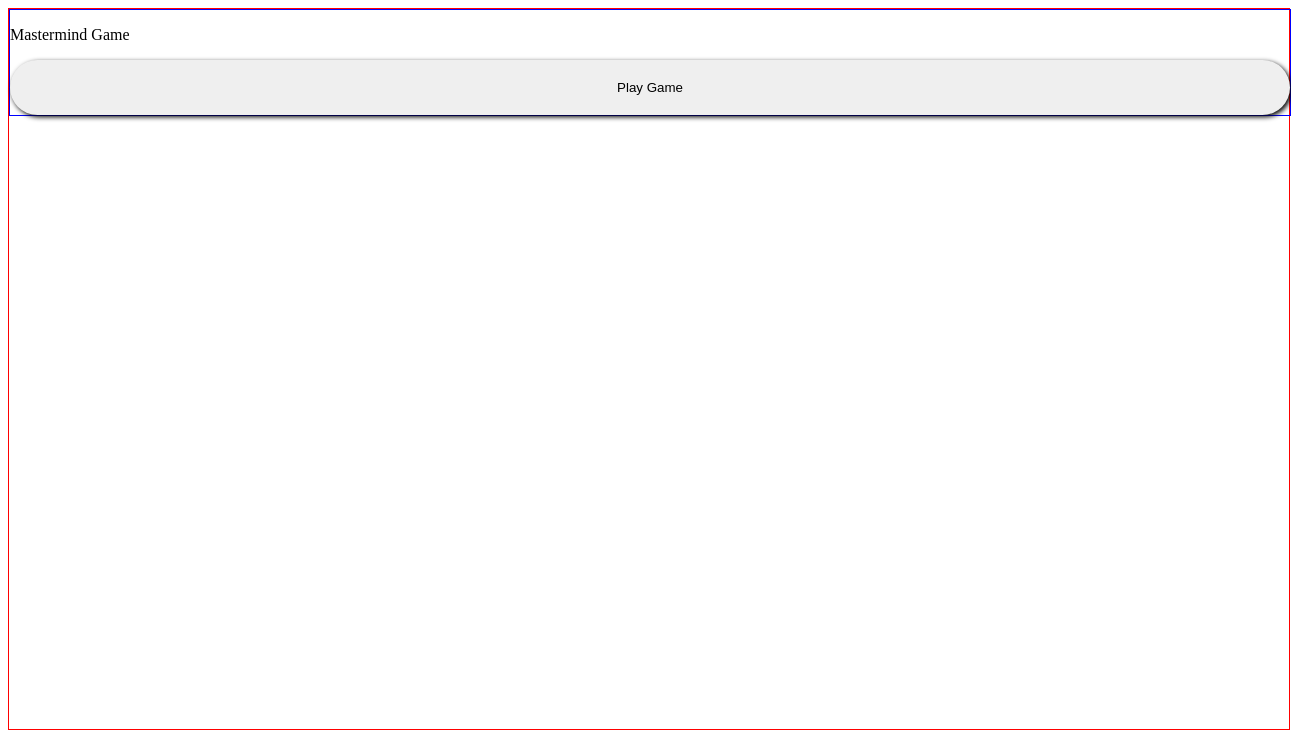
Repository: programmer686/Mastermind-with-Next.js
Page: /
The author's editor kept a copy of each file at every save. The page is drawn from the files as they stood at one save, then again after the next save.
The browser window is 1280 px wide. The page is 1291 px wide, so the pictures cover 1291 px, including what lies to the right of the window. The pictures show the whole page.
The project was rebuilt for these pictures with package versions that can differ from the ones it lists, and the page was loaded fresh each time. The framework's server and built-in components were replaced by stand-ins that run in the browser. Also part of the build but not shown: next.config.js, src/styles/globals.css.

Above is the page before, as saved 2023-07-15 18:46:48.

### src/pages/index.js
import Head from 'next/head'
import Image from 'next/image'
import { Inter } from 'next/font/google'
import styles from '@/styles/Home.module.css'
import StartScreen from '@/comps/StartScreen'
const inter = Inter({ subsets: ['latin'] })

export default function Home() {
  return (
    <>
      <Head>
        <title>Create Next App</title>
        <meta name="description" content="Generated by create next app" />
        <meta name="viewport" content="width=device-width, initial-scale=1" />
        <link rel="icon" href="/favicon.ico" />
      </Head>
     <main className={styles.index__body}>
        <StartScreen/>
     </main>
    </>
  )
}

### src/styles/Home.module.css
.index__body {
  width: 100vw;
  height: 100vh;
  border: 1px solid red;
}

### src/comps/StartScreen.js
import styles from '@/styles/StartScreen.module.css'

export default function StartScreen() {
    return (
        <main className={styles.startscreen__body}>
            <p className={styles.startscreen__game_name}>Mastermind Game</p>
            <button className={styles.startscreen__play_button}>Play Game</button>
        </main>
    )
}

### src/styles/StartScreen.module.css
.startscreen__body {
    width: 100vw;
    display: flex;
    flex-direction: column;
    justify-content: center;
    border: 1px solid blue;
}

.startscreen__play_button {
    padding: 20px 60px;
    border: none;
    border-radius: 40px;
    box-shadow: 2px 2px 5px black;

}

Loaded but not shown: src/pages/_app.js (common file); src/pages/_document.js (common file)

After the next save:
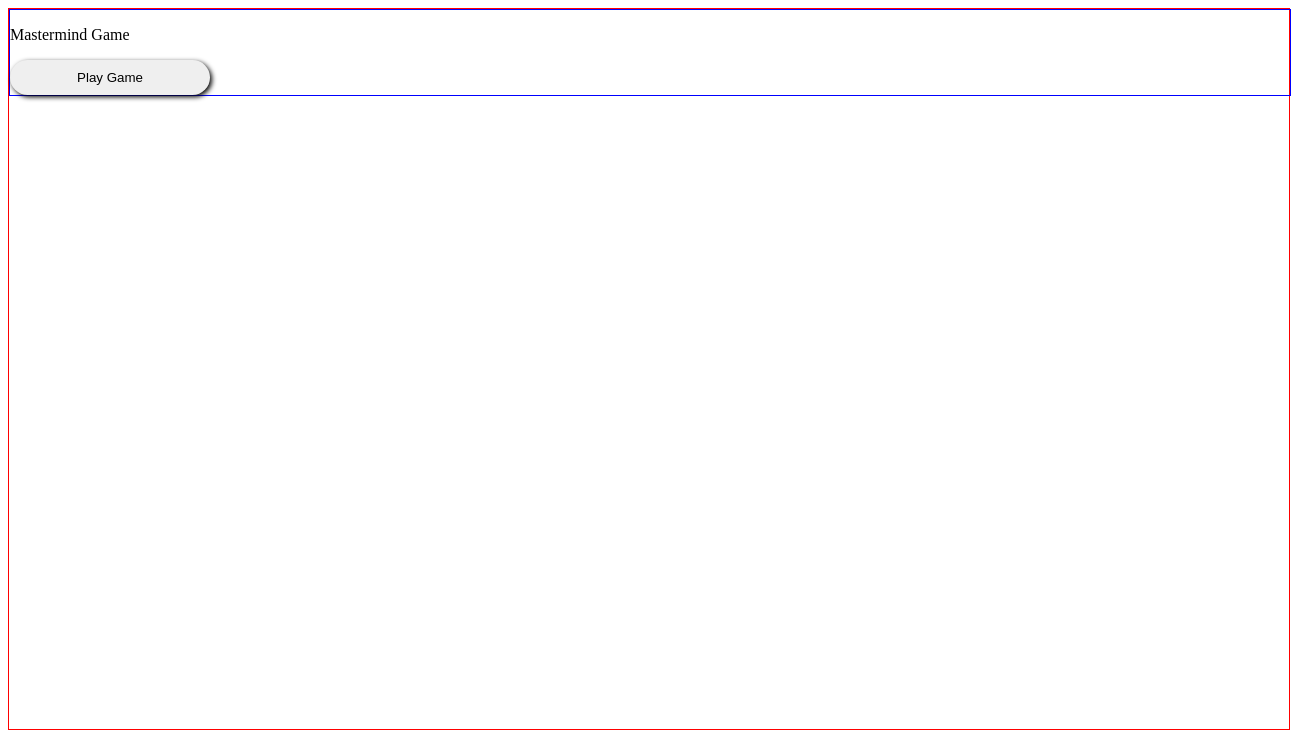
Saved 25 s later.
--- a/src/styles/StartScreen.module.css
+++ b/src/styles/StartScreen.module.css
@@ -7,7 +7,8 @@
 }
 
 .startscreen__play_button {
-    padding: 20px 60px;
+    max-width: 200px;
+    padding: 10px 20px;
     border: none;
     border-radius: 40px;
     box-shadow: 2px 2px 5px black;
